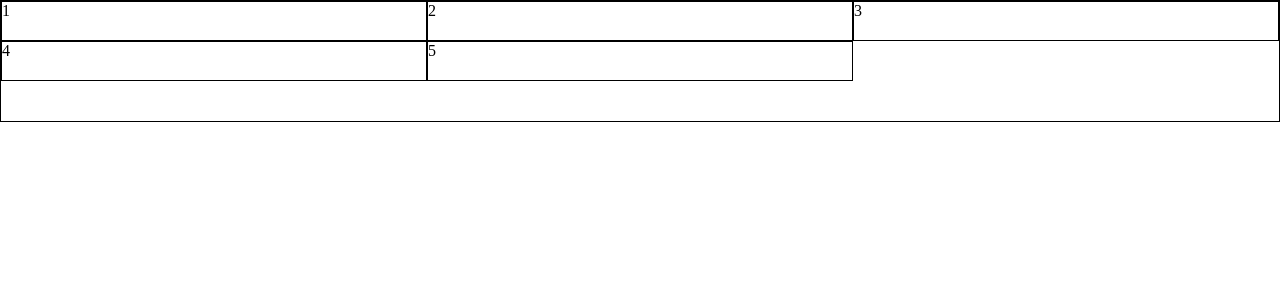
Repository: seungsu12/carrot
Page: http://localhost/carrot/header.jsp
These files come from the project's save history. The page is drawn as it stood at one moment and after the next save; the edit follows.
The browser window is 1280 px wide. The pictures show the whole page.
The page is served by Tomcat 9. Other server files are loaded and not shown.

Above is the page before, as saved 2021-05-19 16:08:15.

### carrot/WebContent/header.jsp
<%@ page language="java" contentType="text/html; charset=UTF-8"
    pageEncoding="UTF-8"%>
<!DOCTYPE html>
<html>
<head>
<meta charset="UTF-8">
<title></title>
<link href="css/style.css?v=3" rel ="stylesheet" type="text/css">

<style>

#header_wrap{
	margin : 0 auto 0 auto;
	border : 1px solid black;
	height: 120px;
	display :grid;
	grid-template-columns: auto;
	grid-template-rows: auto;

}
#header_wrap{
grid-template-areas:
		"header header header"
		"   a    main    b   "
		"   .     .      .   "
		"footer footer footer";}



.header{
	grid-area : header;
}

.sidebar-a {
	grid-area : a;
}
.main-content{
	grid-area : main;
}
.sidebar-b {
	grid-agre : b;
}
.footer{
	grid-area :footer;
}

.header_item{
	border: 1px solid black;
}




</style>
</head>



<div id="header_wrap">



	<div class="header_item">1</div>
	<div class="header_item">2</div>
	<div class="header_item">3</div>
	<div class="header_item">4</div>
	<div class="header_item">5</div>
</div>



</html>

### carrot/WebContent/css/style.css

*{
	margin:0;
}

#title{
	font-size : 1px;

}

#h1{
	border : 1px solid black;
}

#join_top{
	display: float;

	margin:0;
	text-align:center;
	height : 80px;
}

#mid{

	margin : 0 auto 0 auto;
	max-width:1000px;

}

After the next save:
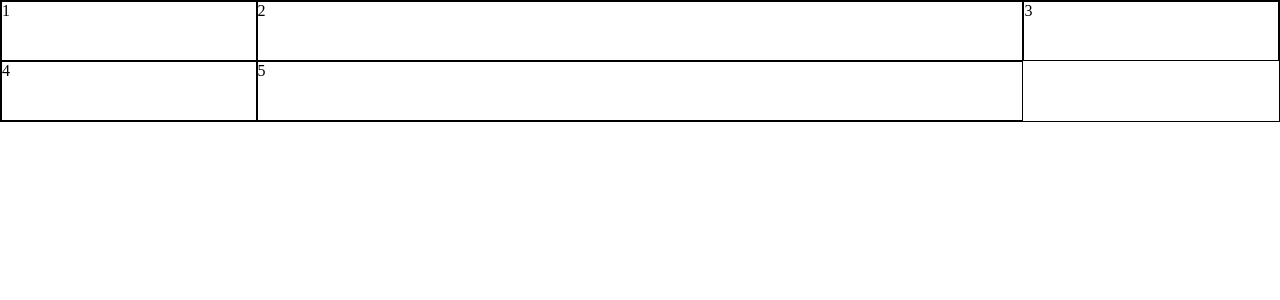
Saved 12 h 41 min later.
--- a/carrot/WebContent/header.jsp
+++ b/carrot/WebContent/header.jsp
@@ -14,35 +14,12 @@
 	border : 1px solid black;
 	height: 120px;
 	display :grid;
-	grid-template-columns: auto;
+	grid-template-columns: 1fr 3fr 1fr;
 	grid-template-rows: auto;
 
 }
-#header_wrap{
-grid-template-areas:
-		"header header header"
-		"   a    main    b   "
-		"   .     .      .   "
-		"footer footer footer";}
 
 
-
-.header{
-	grid-area : header;
-}
-
-.sidebar-a {
-	grid-area : a;
-}
-.main-content{
-	grid-area : main;
-}
-.sidebar-b {
-	grid-agre : b;
-}
-.footer{
-	grid-area :footer;
-}
 
 .header_item{
 	border: 1px solid black;
